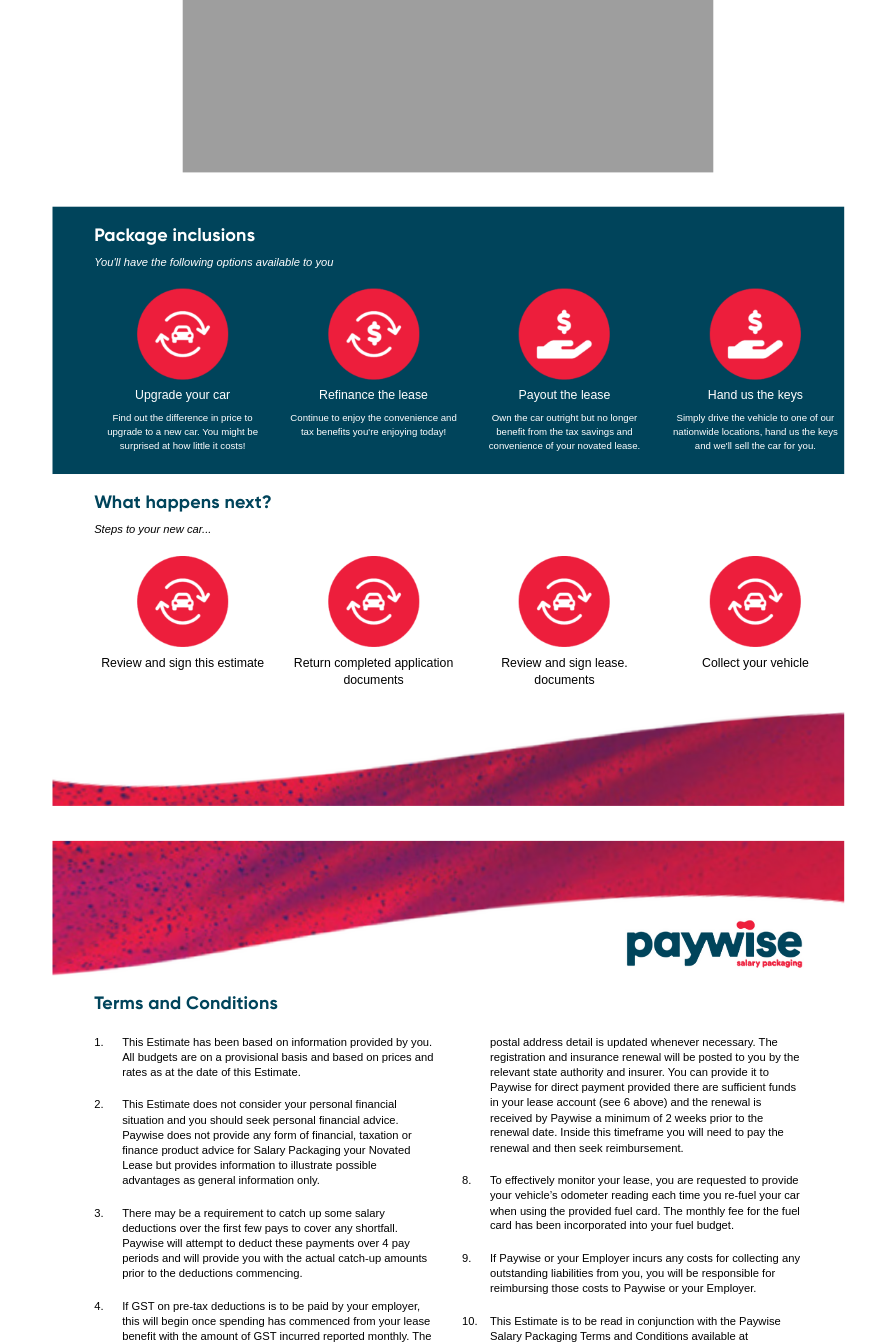
Repository: hoangtubest/novated-phong
Page: index.html
An editor plug-in stored every save of this project. The page is shown before and after the next save, followed by the edit.
The browser window is 1280 px wide. The pictures show the part of the page from y = 3665 to 5585 px (the page is 6628 px tall), at 70% of full size.
Pictures or frames that could not be fetched are drawn as grey boxes. The style sheet was rebuilt from its Sass, Less or Tailwind sources for each picture, by a compiler version that may differ from the author's.

Above is the page before, as saved 2023-10-19 11:56:41.

After the next save:
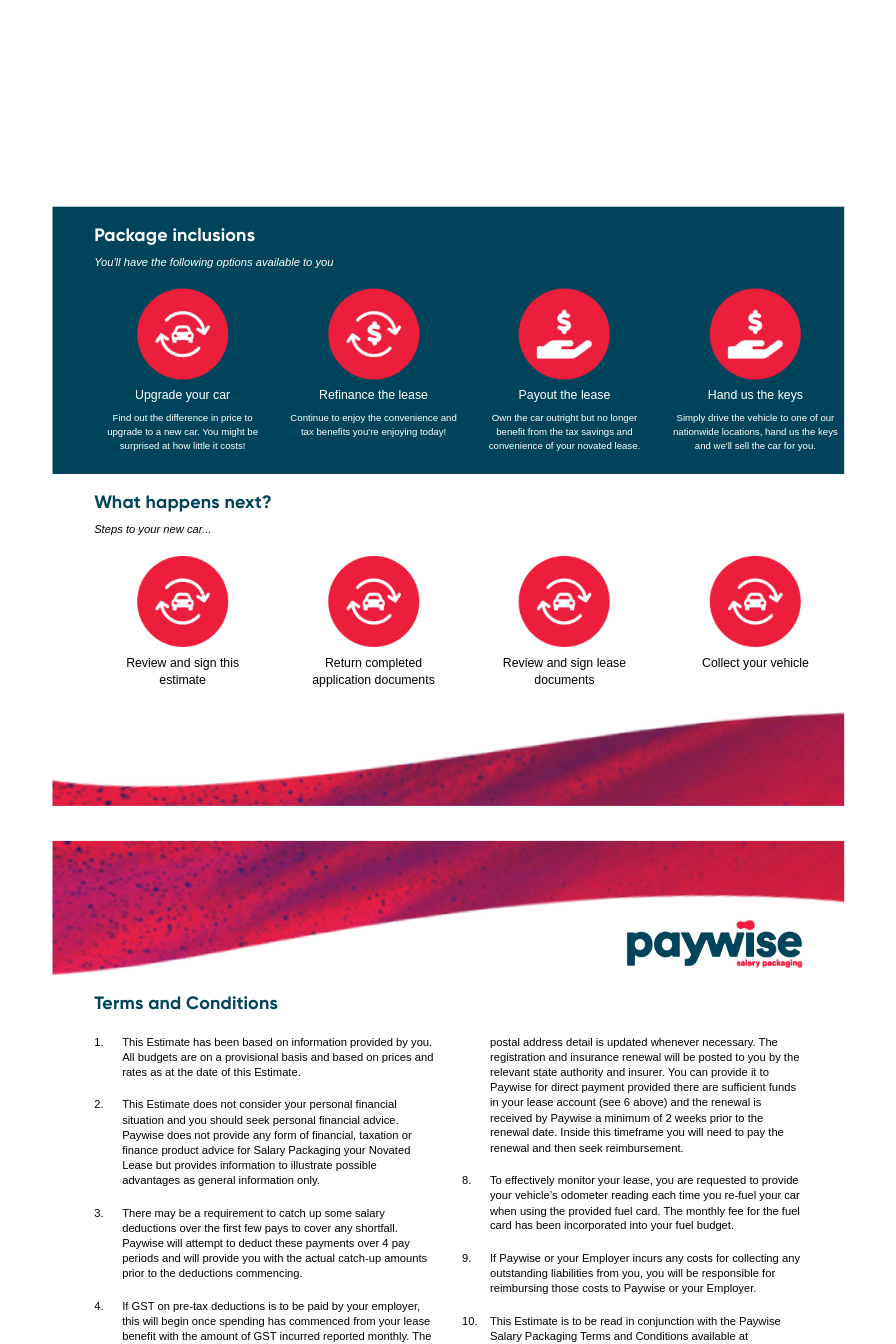
Saved 30 s later.
--- a/index.html
+++ b/index.html
@@ -462,15 +462,15 @@
           <div class="pw-3-next__row">
             <div class="pw-3-next__col">
               <figure><img src="./images/ico_13.png" alt=""></figure>
-              <h3>Review and sign this estimate</h3>
+              <h3>Review and sign this<br> estimate</h3>
             </div>
             <div class="pw-3-next__col">
               <figure><img src="./images/ico_13.png" alt=""></figure>
-              <h3>Return completed application documents</h3>
+              <h3>Return completed<br> application documents</h3>
             </div>
             <div class="pw-3-next__col">
               <figure><img src="./images/ico_13.png" alt=""></figure>
-              <h3>Review and sign lease. documents</h3>
+              <h3>Review and sign lease<br> documents</h3>
             </div>
             <div class="pw-3-next__col">
               <figure><img src="./images/ico_13.png" alt=""></figure>
